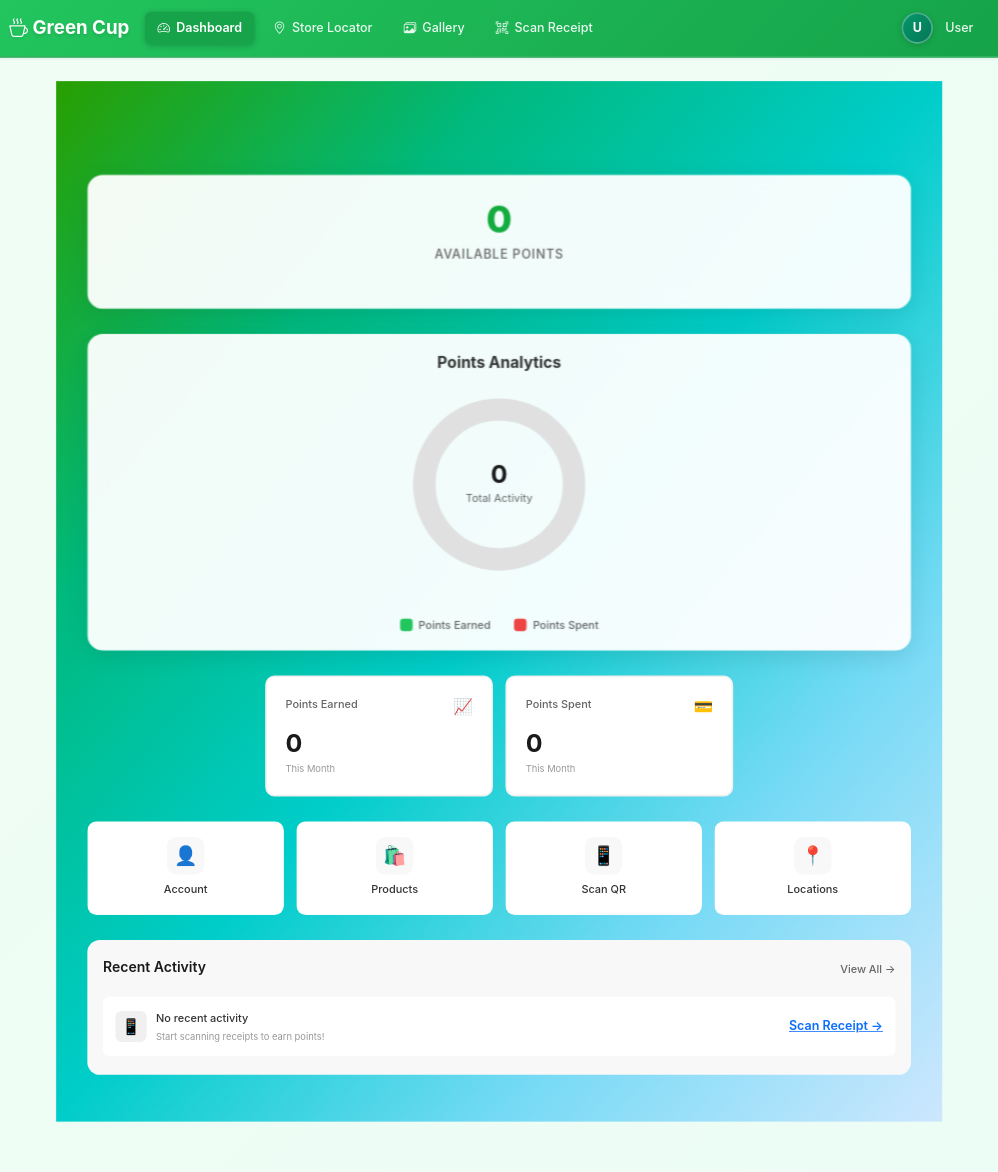
Repository: ManuelRy/GreenCup_Consumer
Page: http://localhost/dashboard
The author's editor kept a copy of each file at every save. The page is drawn from the files as they stood at one save, then again after the next save.
The browser window is 1280 px wide. The pictures show the whole page, at 78% of full size.
The page is served by the project's Laravel application, run on PHP 8.4 with Laravel 12. A made-up administrator, Test User (test@example.com), is signed in. Other server files are loaded and not shown. Queries for data that is not in the repository find no rows.

Above is the page before, as saved 2025-09-07 13:50:23.

### resources/views/layout/master.blade.php
<!DOCTYPE html>
<html lang="en">
<head>
    <meta charset="UTF-8">
    <meta name="viewport" content="width=device-width, initial-scale=1.0">
    <meta name="csrf-token" content="{{ csrf_token() }}">
    <title>@yield('title', 'Green Cup App')</title>

    <!-- Bootstrap 5 CSS -->
    <link href="https://cdn.jsdelivr.net/npm/bootstrap@5.3.2/dist/css/bootstrap.min.css" rel="stylesheet" integrity="sha384-T3c6CoIi6uLrA9TneNEoa7RxnatzjcDSCmG1MXxSR1GAsXEV/Dwwykc2MPK8M2HN" crossorigin="anonymous">

    <!-- Bootstrap Icons -->
    <link rel="stylesheet" href="https://cdn.jsdelivr.net/npm/bootstrap-icons@1.11.1/font/bootstrap-icons.css">

    <!-- Custom CSS -->
    <link href="{{ asset('dashboard.css') }}" rel="stylesheet">
    <link href="{{ asset('css/app.css') }}" rel="stylesheet">

    <!-- Custom responsive styles -->
    <style>
        :root {
            --primary-color: #22c55e;
            --primary-dark: #16a34a;
            --primary-light: #dcfce7;
            --secondary-color: #059669;
            --accent-color: #fbbf24;
            --success-color: #10b981;
            --warning-color: #f59e0b;
            --danger-color: #ef4444;
            --dark-color: #1f2937;
            --light-color: #f8fafc;
            --gradient-primary: linear-gradient(135deg, #22c55e 0%, #16a34a 100%);
            --gradient-secondary: linear-gradient(135deg, #059669 0%, #047857 100%);
            --shadow-soft: 0 4px 20px rgba(34, 197, 94, 0.15);
            --shadow-medium: 0 8px 30px rgba(34, 197, 94, 0.2);
            --shadow-strong: 0 12px 40px rgba(34, 197, 94, 0.25);
        }

        body {
            background: linear-gradient(135deg, #f0fdf4 0%, #ecfdf5 100%);
            font-family: 'Inter', -apple-system, BlinkMacSystemFont, sans-serif;
            min-height: 100vh;
        }

        /* Fixed Navbar Styles */
        .navbar {
            position: fixed !important;
            top: 0;
            left: 0;
            right: 0;
            z-index: 1050;
            background: var(--gradient-primary) !important;
            backdrop-filter: blur(10px);
            border-bottom: 2px solid var(--primary-dark);
            box-shadow: var(--shadow-medium);
            transition: all 0.3s ease;
        }

        .navbar.scrolled {
            box-shadow: var(--shadow-strong);
        }

        .navbar-brand {
            font-weight: bold;
            color: white !important;
            font-size: 1.5rem;
            text-shadow: 0 2px 4px rgba(0,0,0,0.1);
        }

        .navbar-brand:hover {
            color: var(--accent-color) !important;
            transform: scale(1.05);
            transition: all 0.3s ease;
        }

        .navbar-nav .nav-link {
            font-weight: 500;
            color: rgba(255, 255, 255, 0.9) !important;
            transition: all 0.3s ease;
            border-radius: 8px;
            margin: 0 4px;
            padding: 8px 16px !important;
        }

        .navbar-nav .nav-link:hover {
            color: white !important;
            background: rgba(255, 255, 255, 0.1);
            transform: translateY(-2px);
        }

        .navbar-nav .nav-link.active {
            color: white !important;
            background: var(--primary-dark);
            font-weight: 600;
            box-shadow: 0 2px 8px rgba(0,0,0,0.2);
        }

        /* Mobile Top Bar */
        .mobile-navbar {
            background: var(--gradient-primary) !important;
            position: fixed !important;
            top: 0;
            left: 0;
            right: 0;
            z-index: 1050;
            box-shadow: var(--shadow-medium);
        }

        .mobile-navbar .navbar-brand {
            color: white !important;
        }

        /* Bottom Navigation - Enhanced */
        .bottom-nav {
            position: fixed;
            bottom: 0;
            left: 0;
            right: 0;
            background: white;
            border-top: 1px solid #e5e7eb;
            z-index: 1030;
            padding: 0.75rem 0;
            box-shadow: 0 -4px 20px rgba(0,0,0,0.1);
            backdrop-filter: blur(10px);
        }

        .bottom-nav .nav-link {
            text-align: center;
            padding: 0.5rem 0.25rem;
            font-size: 0.7rem;
            color: var(--secondary-color);
            text-decoration: none;
            transition: all 0.3s ease;
            border-radius: 12px;
            margin: 0 2px;
        }

        .bottom-nav .nav-link:hover,
        .bottom-nav .nav-link.active {
            color: var(--primary-color);
            background: var(--primary-light);
            transform: translateY(-2px);
        }

        .bottom-nav .nav-link i {
            font-size: 1.4rem;
            display: block;
            margin-bottom: 0.25rem;
            transition: all 0.3s ease;
        }

        .bottom-nav .nav-link.active i {
            transform: scale(1.1);
        }

        /* Main Content Spacing */
        .main-content {
            padding-top: 80px; /* Space for fixed navbar */
            padding-bottom: 100px; /* Space for bottom navigation */
            min-height: calc(100vh - 80px);
        }

        /* Hide bottom nav on larger screens */
        @media (min-width: 768px) {
            .bottom-nav {
                display: none;
            }

            .main-content {
                padding-bottom: 40px;
            }
        }

        /* User Avatar Enhanced */
        .user-avatar {
            width: 40px;
            height: 40px;
            border-radius: 50%;
            background: var(--gradient-secondary);
            color: white;
            display: flex;
            align-items: center;
            justify-content: center;
            font-weight: bold;
            border: 2px solid rgba(255, 255, 255, 0.3);
            box-shadow: 0 2px 8px rgba(0,0,0,0.15);
            transition: all 0.3s ease;
        }

        .user-avatar:hover {
            transform: scale(1.05);
            box-shadow: 0 4px 12px rgba(0,0,0,0.2);
        }

        /* Dropdown Enhancements */
        .dropdown-menu {
            border: none;
            box-shadow: var(--shadow-medium);
            border-radius: 12px;
            padding: 8px;
            background: white;
            backdrop-filter: blur(10px);
        }

        .dropdown-item {
            border-radius: 8px;
            transition: all 0.3s ease;
            padding: 10px 16px;
        }

        .dropdown-item:hover {
            background: var(--primary-light);
            color: var(--primary-dark);
            transform: translateX(4px);
        }

        .dropdown-toggle::after {
            display: none;
        }

        /* Off-canvas Menu Enhanced */
        .offcanvas {
            background: var(--gradient-primary);
            color: white;
        }

        .offcanvas-header {
            border-bottom: 1px solid rgba(255, 255, 255, 0.1);
        }

        .offcanvas-title {
            color: white;
        }

        .btn-close {
            filter: invert(1);
        }

        .list-group-item {
            background: rgba(255, 255, 255, 0.1);
            border: 1px solid rgba(255, 255, 255, 0.1);
            color: white;
            transition: all 0.3s ease;
        }

        .list-group-item:hover {
            background: rgba(255, 255, 255, 0.2);
            transform: translateX(8px);
        }

        /* Toast notifications Enhanced */
        .toast-container {
            position: fixed;
            top: 100px; /* Below fixed navbar */
            right: 20px;
            z-index: 1055;
        }

        .toast {
            border: none;
            box-shadow: var(--shadow-medium);
            border-radius: 12px;
            backdrop-filter: blur(10px);
        }

        .toast-header {
            background: var(--gradient-primary);
            color: white;
            border-bottom: none;
        }

        /* Loading spinner Enhanced */
        .spinner-overlay {
            position: fixed;
            top: 0;
            left: 0;
            width: 100%;
            height: 100%;
            background: rgba(255, 255, 255, 0.9);
            display: flex;
            justify-content: center;
            align-items: center;
            z-index: 9999;
            backdrop-filter: blur(5px);
        }

        .spinner-border {
            border-color: var(--primary-color);
            border-right-color: transparent;
        }

        /* Card Enhancements */
        .card {
            border: none;
            border-radius: 16px;
            box-shadow: var(--shadow-soft);
            transition: all 0.3s ease;
            background: rgba(255, 255, 255, 0.9);
            backdrop-filter: blur(10px);
        }

        .card:hover {
            transform: translateY(-4px);
            box-shadow: var(--shadow-medium);
        }

        /* Button Enhancements */
        .btn-primary {
            background: var(--gradient-primary);
            border: none;
            border-radius: 12px;
            font-weight: 600;
            padding: 12px 24px;
            transition: all 0.3s ease;
            box-shadow: var(--shadow-soft);
        }

        .btn-primary:hover {
            transform: translateY(-2px);
            box-shadow: var(--shadow-medium);
            background: var(--primary-dark);
        }

        .btn-success {
            background: var(--gradient-secondary);
            border: none;
            border-radius: 12px;
        }

        /* Responsive utilities */
        @media (max-width: 575.98px) {
            .container-fluid {
                padding-left: 15px;
                padding-right: 15px;
            }

            .navbar-brand {
                font-size: 1.2rem;
            }

            .main-content {
                padding-top: 70px;
            }
        }

        /* Custom Green Cup Animations */
        @keyframes pulse-green {
            0%, 100% {
                transform: scale(1);
                box-shadow: 0 0 0 0 rgba(34, 197, 94, 0.4);
            }
            50% {
                transform: scale(1.05);
                box-shadow: 0 0 0 10px rgba(34, 197, 94, 0);
            }
        }

        .pulse-green {
            animation: pulse-green 2s infinite;
        }

        /* Scrollbar Styling */
        ::-webkit-scrollbar {
            width: 8px;
        }

        ::-webkit-scrollbar-track {
            background: var(--light-color);
        }

        ::-webkit-scrollbar-thumb {
            background: var(--primary-color);
            border-radius: 4px;
        }

        ::-webkit-scrollbar-thumb:hover {
            background: var(--primary-dark);
        }
    </style>

    @stack('styles')
</head>
<body>
    <!-- Top Navigation (Desktop) -->
    <nav class="navbar navbar-expand-lg navbar-light bg-white shadow-sm d-none d-md-block">
        <div class="container-fluid">
            <a class="navbar-brand" href="{{ route('dashboard') }}">
                <i class="bi bi-cup-hot"></i> Green Cup
            </a>

            <button class="navbar-toggler" type="button" data-bs-toggle="collapse" data-bs-target="#navbarNav">
                <span class="navbar-toggler-icon"></span>
            </button>

            <div class="collapse navbar-collapse" id="navbarNav">
                <ul class="navbar-nav me-auto">
                    <li class="nav-item">
                        <a class="nav-link {{ request()->routeIs('dashboard') ? 'active' : '' }}" href="{{ route('dashboard') }}">
                            <i class="bi bi-speedometer2"></i> Dashboard
                        </a>
                    </li>
                    <li class="nav-item">
                        <a class="nav-link {{ request()->routeIs('map') ? 'active' : '' }}" href="{{ route('map') }}">
                            <i class="bi bi-geo-alt"></i> Store Locator
                        </a>
                    </li>
                    <li class="nav-item">
                        <a class="nav-link {{ request()->routeIs('gallery') ? 'active' : '' }}" href="{{ route('gallery') }}">
                            <i class="bi bi-images"></i> Gallery
                        </a>
                    </li>
                    <li class="nav-item">
                        <a class="nav-link {{ request()->routeIs('scan*') ? 'active' : '' }}" href="{{ route('scan.receipt') }}">
                            <i class="bi bi-qr-code-scan"></i> Scan Receipt
                        </a>
                    </li>
                </ul>

                <!-- User Menu -->
                <ul class="navbar-nav">
                    <li class="nav-item dropdown">
                        <a class="nav-link dropdown-toggle d-flex align-items-center" href="#" id="userDropdown" role="button" data-bs-toggle="dropdown">
                            <div class="user-avatar me-2">
                                {{ strtoupper(substr(Auth::guard('consumer')->user()->full_name ?? 'U', 0, 1)) }}
                            </div>
                            <span class="d-none d-lg-inline">{{ Auth::guard('consumer')->user()->full_name ?? 'User' }}</span>
                        </a>
                        <ul class="dropdown-menu dropdown-menu-end">
                            <li><a class="dropdown-item" href="{{ route('account') }}"><i class="bi bi-person"></i> My Account</a></li>
                            <li><a class="dropdown-item" href="{{ route('consumer.qr-code') }}"><i class="bi bi-qr-code"></i> My QR Code</a></li>
                            <li><a class="dropdown-item" href="{{ route('account.transactions') }}"><i class="bi bi-clock-history"></i> Transaction History</a></li>
                            <li><hr class="dropdown-divider"></li>
                            <li>
                                <form action="{{ route('logout') }}" method="POST" class="d-inline">
                                    @csrf
                                    <button type="submit" class="dropdown-item"><i class="bi bi-box-arrow-right"></i> Logout</button>
                                </form>
                            </li>
                        </ul>
                    </li>
                </ul>
            </div>
        </div>
    </nav>

    <!-- Mobile Top Bar -->
    <nav class="navbar navbar-light bg-white shadow-sm d-md-none">
        <div class="container-fluid">
            <a class="navbar-brand" href="{{ route('dashboard') }}">
                <i class="bi bi-cup-hot"></i> Green Cup
            </a>

            <div class="d-flex align-items-center">
                <div class="user-avatar" data-bs-toggle="offcanvas" data-bs-target="#mobileMenu">
                    {{ strtoupper(substr(Auth::guard('consumer')->user()->full_name ?? 'U', 0, 1)) }}
                </div>
            </div>
        </div>
    </nav>

    <!-- Mobile Off-canvas Menu -->
    <div class="offcanvas offcanvas-end d-md-none" tabindex="-1" id="mobileMenu">
        <div class="offcanvas-header">
            <h5 class="offcanvas-title">Menu</h5>
            <button type="button" class="btn-close" data-bs-dismiss="offcanvas"></button>
        </div>
        <div class="offcanvas-body">
            <div class="d-flex flex-column">
                <div class="text-center mb-4">
                    <div class="user-avatar mx-auto mb-2" style="width: 60px; height: 60px; font-size: 1.5rem;">
                        {{ strtoupper(substr(Auth::guard('consumer')->user()->full_name ?? 'U', 0, 1)) }}
                    </div>
                    <h6>{{ Auth::guard('consumer')->user()->full_name ?? 'User' }}</h6>
                    <small class="text-muted">{{ Auth::guard('consumer')->user()->email ?? '' }}</small>
                </div>

                <div class="list-group list-group-flush">
                    <a href="{{ route('account') }}" class="list-group-item list-group-item-action">
                        <i class="bi bi-person me-2"></i> My Account
                    </a>
                    <a href="{{ route('consumer.qr-code') }}" class="list-group-item list-group-item-action">
                        <i class="bi bi-qr-code me-2"></i> My QR Code
                    </a>
                    <a href="{{ route('account.transactions') }}" class="list-group-item list-group-item-action">
                        <i class="bi bi-clock-history me-2"></i> Transaction History
                    </a>
                </div>

                <div class="mt-auto pt-3">
                    <form action="{{ route('logout') }}" method="POST">
                        @csrf
                        <button type="submit" class="btn btn-outline-danger w-100">
                            <i class="bi bi-box-arrow-right"></i> Logout
                        </button>
                    </form>
                </div>
            </div>
        </div>
    </div>

    <!-- Main Content -->
    <main class="main-content">
        @yield('content')
    </main>

    <!-- Bottom Navigation (Mobile) -->
    <nav class="bottom-nav d-md-none">
        <div class="container-fluid">
            <div class="row text-center">
                <div class="col">
                    <a href="{{ route('dashboard') }}" class="nav-link {{ request()->routeIs('dashboard') ? 'active' : '' }}">
                        <i class="bi bi-house"></i>
                        <span>Home</span>
                    </a>
                </div>
                <div class="col">
                    <a href="{{ route('map') }}" class="nav-link {{ request()->routeIs('map') ? 'active' : '' }}">
                        <i class="bi bi-geo-alt"></i>
                        <span>Map</span>
                    </a>
                </div>
                <div class="col">
                    <a href="{{ route('scan.receipt') }}" class="nav-link {{ request()->routeIs('scan*') ? 'active' : '' }}">
                        <i class="bi bi-qr-code-scan"></i>
                        <span>Scan</span>
                    </a>
                </div>
                <div class="col">
                    <a href="{{ route('gallery') }}" class="nav-link {{ request()->routeIs('gallery') ? 'active' : '' }}">
                        <i class="bi bi-images"></i>
                        <span>Gallery</span>
                    </a>
                </div>
                <div class="col">
                    <a href="{{ route('account') }}" class="nav-link {{ request()->routeIs('account*') ? 'active' : '' }}">
                        <i class="bi bi-person"></i>
                        <span>Account</span>
                    </a>
                </div>
            </div>
        </div>
    </nav>

    <!-- Toast Container -->
    <div class="toast-container"></div>

    <!-- Loading Spinner (hidden by default) -->
    <div class="spinner-overlay d-none" id="loadingSpinner">
        <div class="spinner-border text-primary" role="status">
            <span class="visually-hidden">Loading...</span>
        </div>
    </div>

    <!-- Bootstrap 5 JS Bundle -->
    <script src="https://cdn.jsdelivr.net/npm/bootstrap@5.3.2/dist/js/bootstrap.bundle.min.js" integrity="sha384-C6RzsynM9kWDrMNeT87bh95OGNyZPhcTNXj1NW7RuBCsyN/o0jlpcV8Qyq46cDfL" crossorigin="anonymous"></script>

    <!-- Your JavaScript -->
    <script src="{{ asset('js/app.js') }}"></script>
    <script src="{{ asset('dashboard.js') }}"></script>
    <script src="https://unpkg.com/html5-qrcode@2.3.8/html5-qrcode.min.js"></script>

    <!-- Common JavaScript utilities -->
    <script>
        // Show loading spinner
        function showLoading() {
            document.getElementById('loadingSpinner').classList.remove('d-none');
        }

        // Hide loading spinner
        function hideLoading() {
            document.getElementById('loadingSpinner').classList.add('d-none');
        }

        // Show toast notification
        function showToast(message, type = 'success') {
            const toastContainer = document.querySelector('.toast-container');
            const toastId = 'toast-' + Date.now();

            const toastHtml = `
                <div id="${toastId}" class="toast" role="alert" aria-live="assertive" aria-atomic="true" data-bs-autohide="true" data-bs-delay="5000">
                    <div class="toast-header">
                        <i class="bi bi-${type === 'success' ? 'check-circle-fill text-success' : 'exclamation-triangle-fill text-warning'} me-2"></i>
                        <strong class="me-auto">Green Cup</strong>
                        <button type="button" class="btn-close" data-bs-dismiss="toast"></button>
                    </div>
                    <div class="toast-body">
                        ${message}
                    </div>
                </div>
            `;

            toastContainer.insertAdjacentHTML('beforeend', toastHtml);
            const toast = new bootstrap.Toast(document.getElementById(toastId));
            toast.show();

            // Remove toast element after it's hidden
            document.getElementById(toastId).addEventListener('hidden.bs.toast', function() {
                this.remove();
            });
        }

        // Handle form submissions with loading states
        document.addEventListener('DOMContentLoaded', function() {
            // Add loading state to form submissions
            document.querySelectorAll('form').forEach(form => {
                form.addEventListener('submit', function() {
                    showLoading();
                });
            });

            // Close mobile menu when clicking on nav links
            document.querySelectorAll('.bottom-nav .nav-link').forEach(link => {
                link.addEventListener('click', function() {
                    const offcanvas = bootstrap.Offcanvas.getInstance(document.getElementById('mobileMenu'));
                    if (offcanvas) {
                        offcanvas.hide();
                    }
                });
            });
        });
    </script>

    @stack('scripts')
</body>
</html>

Loaded but not shown: app/Http/Controllers/Controller.php (common file); public/dashboard.css (2190 lines, source omitted); app/Http/Controllers/ConsumerController.php (695 lines, source omitted); resources/views/dashboard.blade.php (198 lines, source omitted); app/Models/Consumer.php (102 lines, source omitted); resources/views/errors/404.blade.php (73 lines, source omitted); resources/views/master.blade.php (34 lines, source omitted); routes/web.php (205 lines, source omitted); public/dashboard.js (no copy from this time; the picture is the same without it)

After the next save:
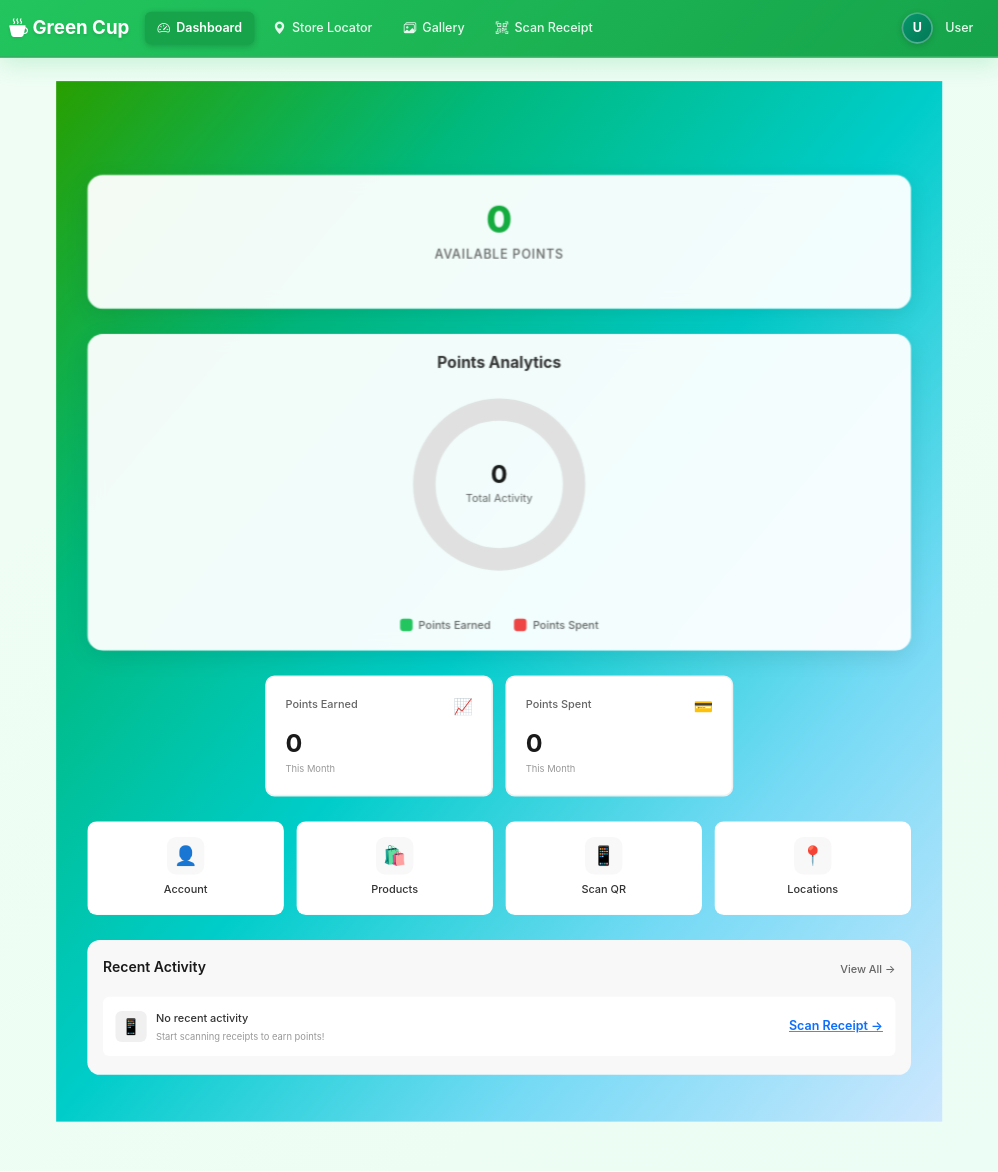
Saved 14 s later.
--- a/resources/views/layout/master.blade.php
+++ b/resources/views/layout/master.blade.php
@@ -382,10 +382,10 @@
 </head>
 <body>
     <!-- Top Navigation (Desktop) -->
-    <nav class="navbar navbar-expand-lg navbar-light bg-white shadow-sm d-none d-md-block">
+    <nav class="navbar navbar-expand-lg d-none d-md-block">
         <div class="container-fluid">
-            <a class="navbar-brand" href="{{ route('dashboard') }}">
-                <i class="bi bi-cup-hot"></i> Green Cup
+            <a class="navbar-brand pulse-green" href="{{ route('dashboard') }}">
+                <i class="bi bi-cup-hot-fill"></i> Green Cup
             </a>
 
             <button class="navbar-toggler" type="button" data-bs-toggle="collapse" data-bs-target="#navbarNav">
@@ -401,7 +401,7 @@
                     </li>
                     <li class="nav-item">
                         <a class="nav-link {{ request()->routeIs('map') ? 'active' : '' }}" href="{{ route('map') }}">
-                            <i class="bi bi-geo-alt"></i> Store Locator
+                            <i class="bi bi-geo-alt-fill"></i> Store Locator
                         </a>
                     </li>
                     <li class="nav-item">
